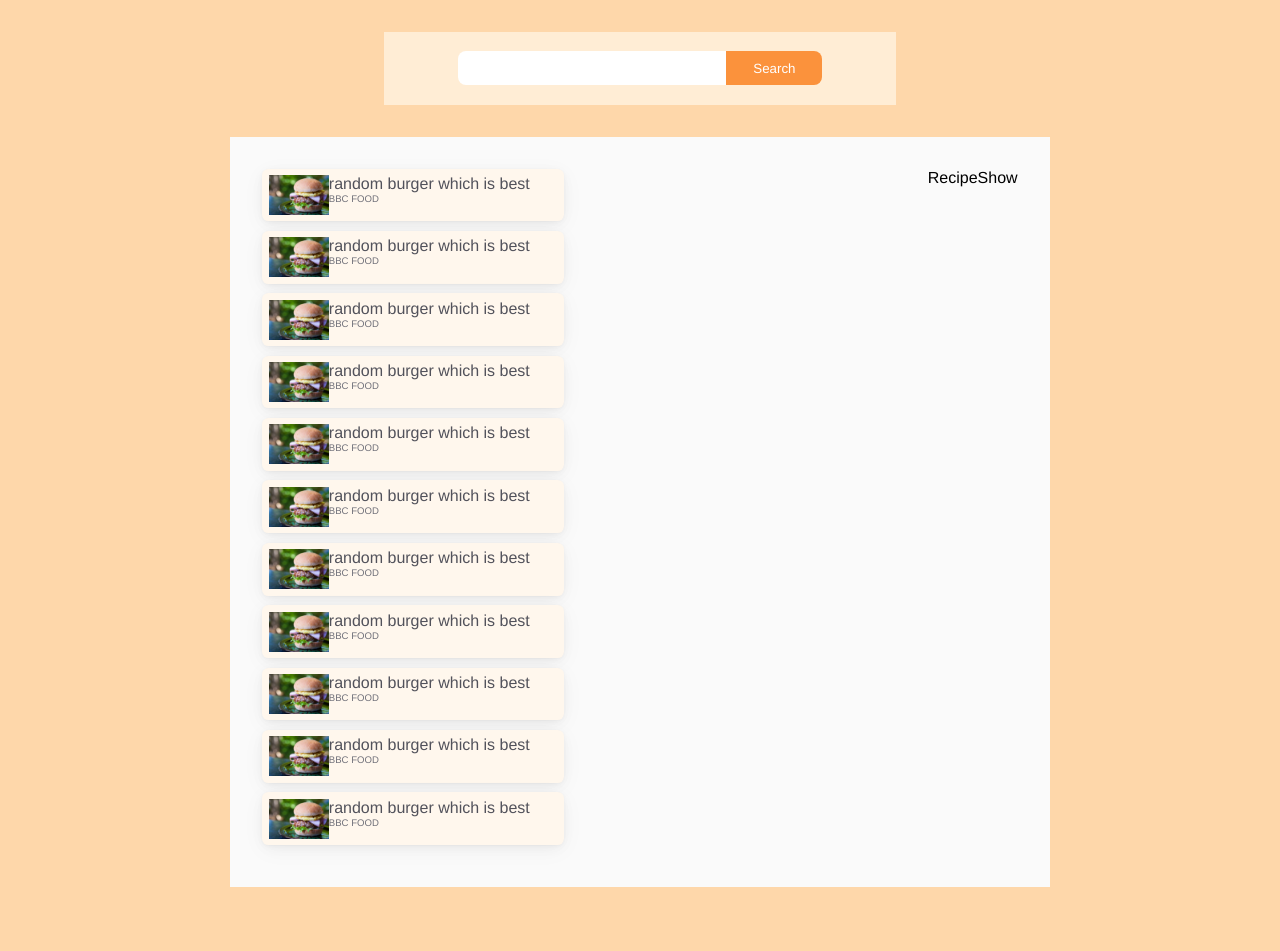
Repository: sandipkarmokar/recipeApp
Page: /
An editor plug-in stored every save of this project. The page is shown before and after the next save, followed by the edit.
The browser window is 1280 px wide. The pictures show the whole page.
The project was rebuilt for these pictures with package versions that can differ from the ones it lists, and the page was loaded fresh each time.

Above is the page before, as saved 2022-04-16 12:19:01.

After the next save:
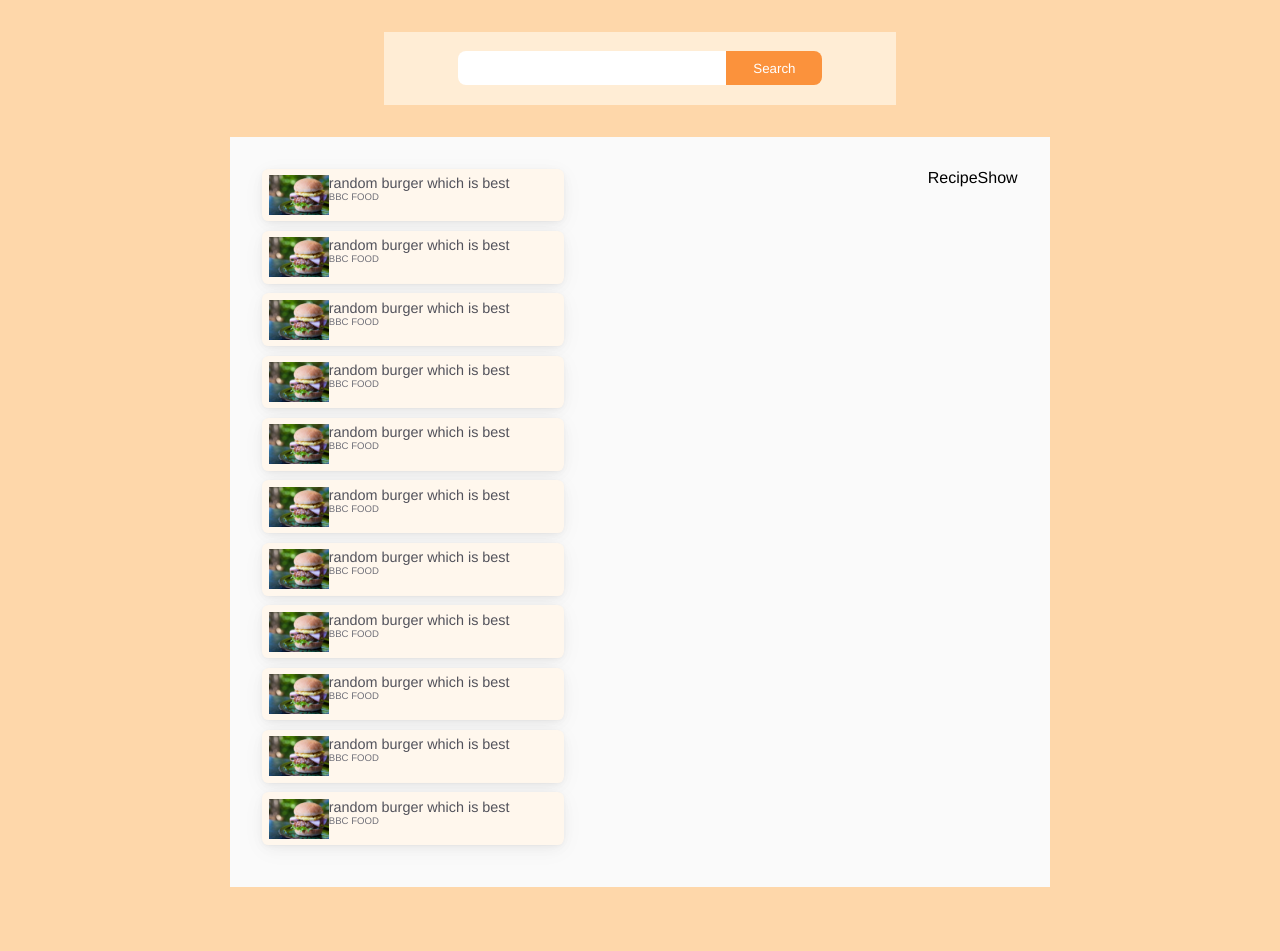
Saved 42 s later.
--- a/src/App.css
+++ b/src/App.css
@@ -110,7 +110,7 @@
     .info
     .title {
     color: #52525b;
-    font-size: 1rem;
+    font-size: 0.9rem;
 }
 .app
     .app-container
